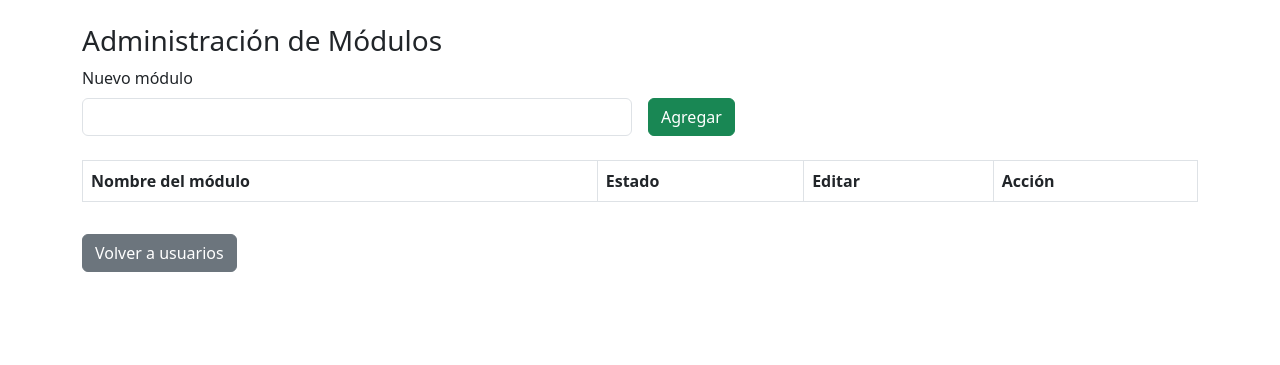
Repository: lcasabene/desembolsos
Page: http://localhost/modulos.php
An editor plug-in stored every save of this project. The page is shown before and after the next save, followed by the edit.
The browser window is 1280 px wide. The pictures show the whole page.
The page is run by PHP 8.4 with error messages shown; the project is at /var/www/html/. The session is filled in as if someone had signed in: {"user_id": 1, "user_name": "Test User", "user_role": "admin", "monto_aprobacion": 1}. Queries for data that is not in the repository find no rows.

Above is the page before, as saved 2025-06-28 17:41:48.

After the next save:
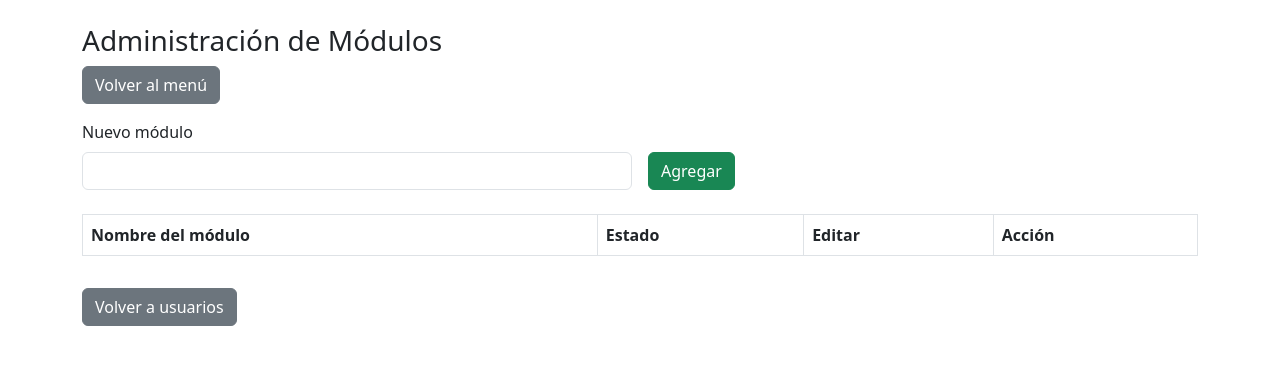
Saved 72 s later.
--- a/modulos.php
+++ b/modulos.php
@@ -60,6 +60,12 @@ $modulos = $stmt->fetchAll(PDO::FETCH_ASSOC);
 </head>
 <body class="container mt-4">
     <h3>Administración de Módulos</h3>
+      <div class="d-flex justify-content-between align-items-center mb-3">
+        <a href="menu.php" class="btn btn-secondary">
+            <i class="bi bi-arrow-left-circle"></i> Volver al menú
+        </a>
+
+    </div>
 
     <form method="POST" class="row g-3 mb-4">
         <div class="col-md-6">
